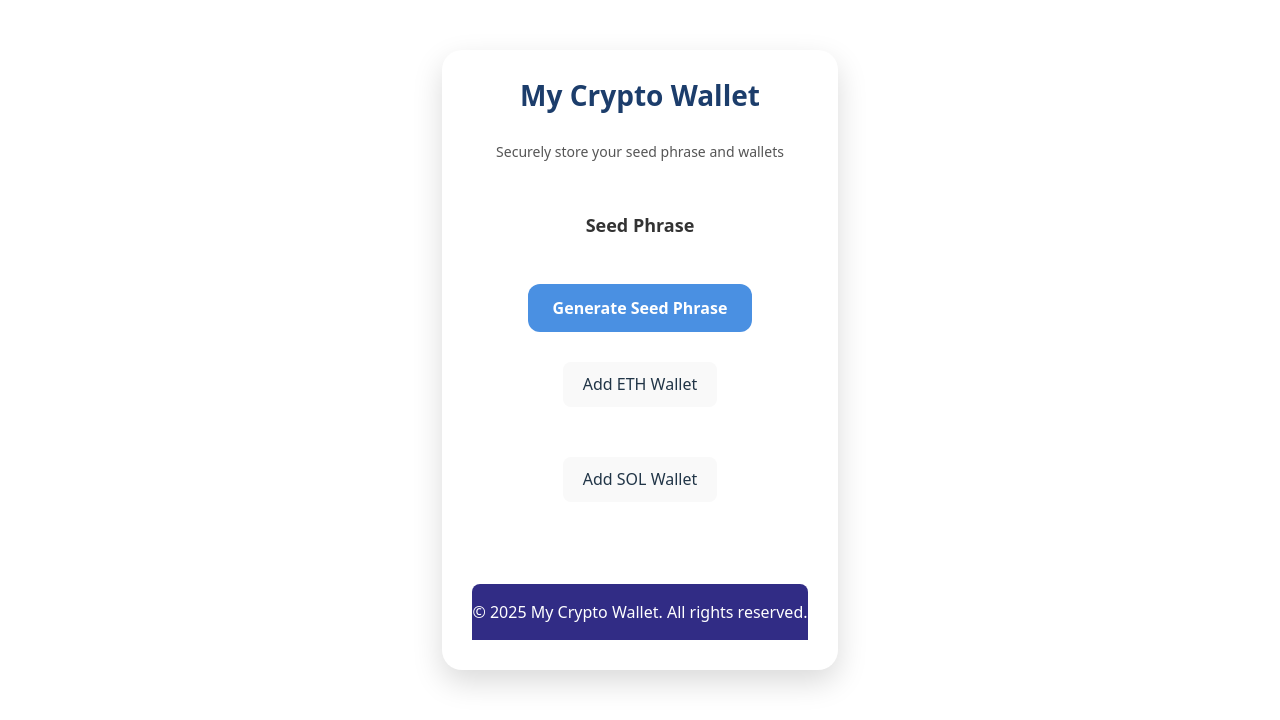
Repository: nishantsingh02/web-based-wallet-web-3
Page: /
An editor plug-in stored every save of this project. The page is shown before and after a run of saves, followed by the edit.
The browser window is 1280 px wide. The pictures show the whole page.
The project was rebuilt for these pictures with package versions that can differ from the ones it lists, and the page was loaded fresh each time. Also part of the build but not shown: vite.config.ts.

Above is the page before, as saved 2025-10-07 02:11:22.

After the next 2 saves:
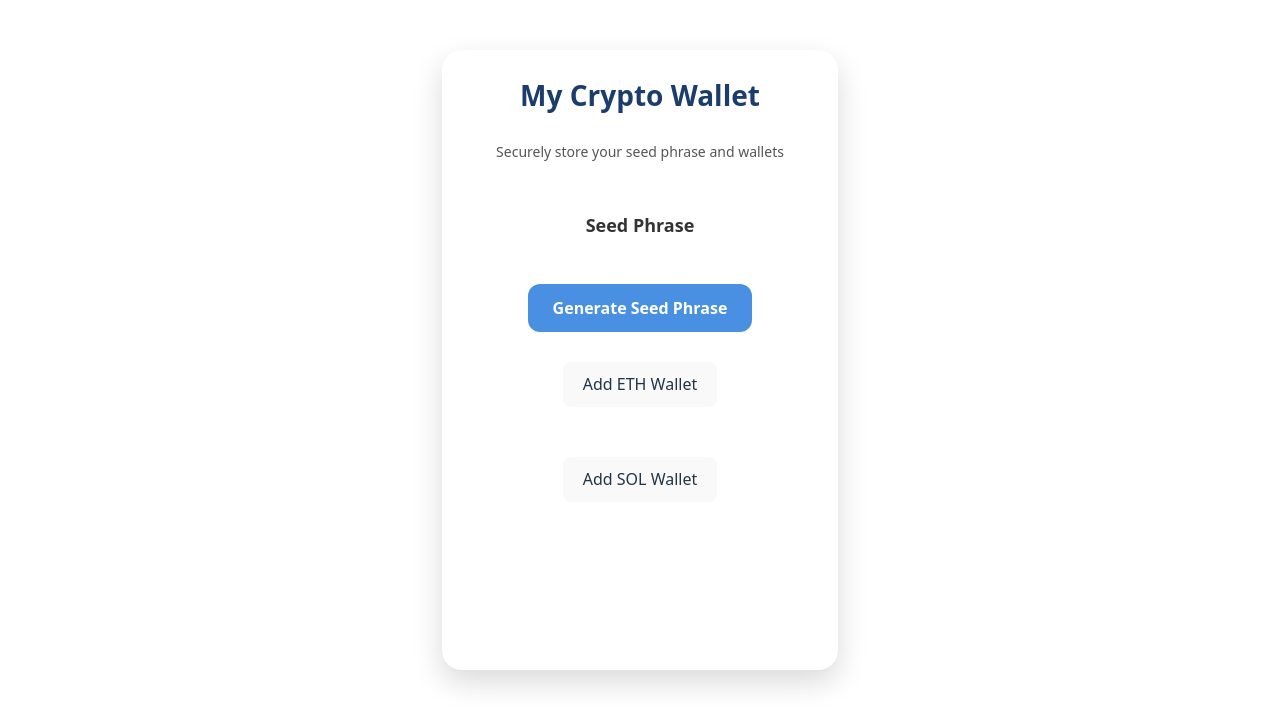
The 2 saves are shown as one change because they came seconds apart.
The last was saved 44 s later.
--- a/src/App.tsx
+++ b/src/App.tsx
@@ -54,7 +54,7 @@
 
         {/* SOL Wallet Section */}
         <SOL_wallet mnemonic={mnemonic} />
-      <div className="w-full bg-indigo-900 text-white text-center py-4 mt-8 rounded-t-lg">
+      <div className="w-full text-white text-center py-4 mt-8 rounded-t-lg">
   <p className="text-sm sm:text-base">© 2025 My Crypto Wallet. All rights reserved.</p>
 </div>
 

After the save that followed:
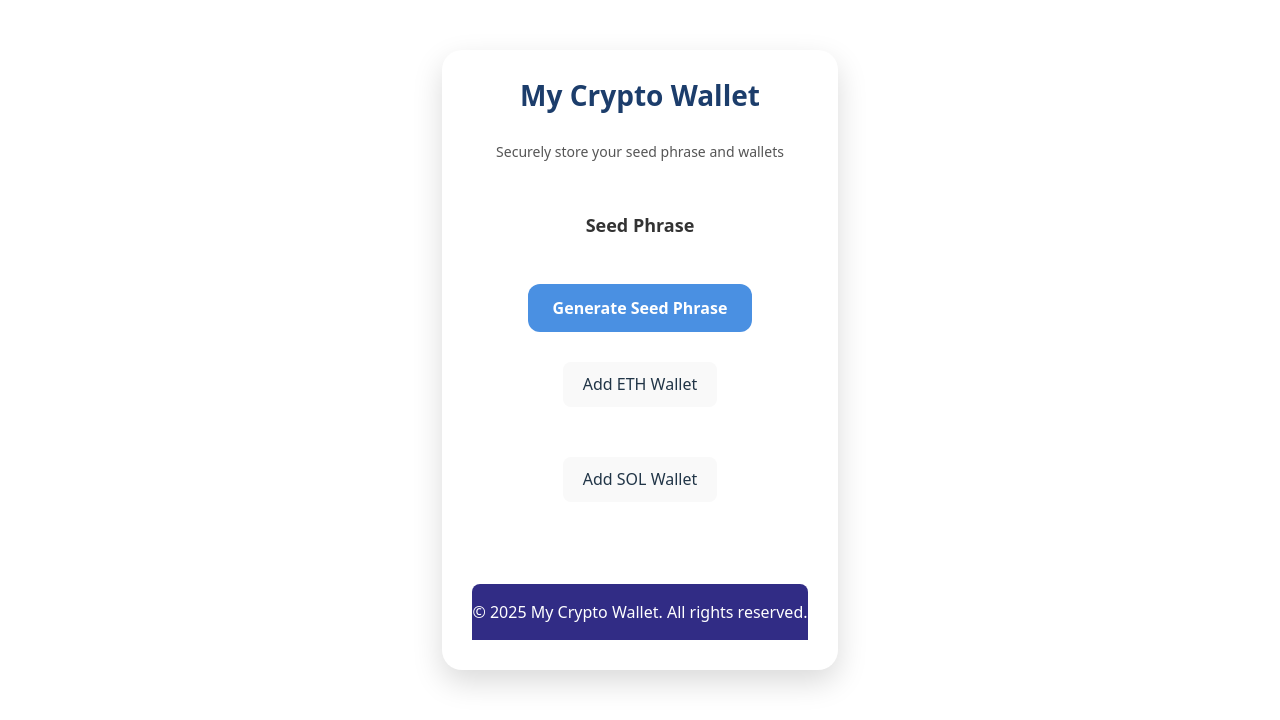
Saved 7 s later.
--- a/src/App.tsx
+++ b/src/App.tsx
@@ -54,7 +54,7 @@
 
         {/* SOL Wallet Section */}
         <SOL_wallet mnemonic={mnemonic} />
-      <div className="w-full text-white text-center py-4 mt-8 rounded-t-lg">
+      <div className="w-full bg-indigo-900 text-white text-center py-4 mt-8 rounded-t-lg">
   <p className="text-sm sm:text-base">© 2025 My Crypto Wallet. All rights reserved.</p>
 </div>
 
